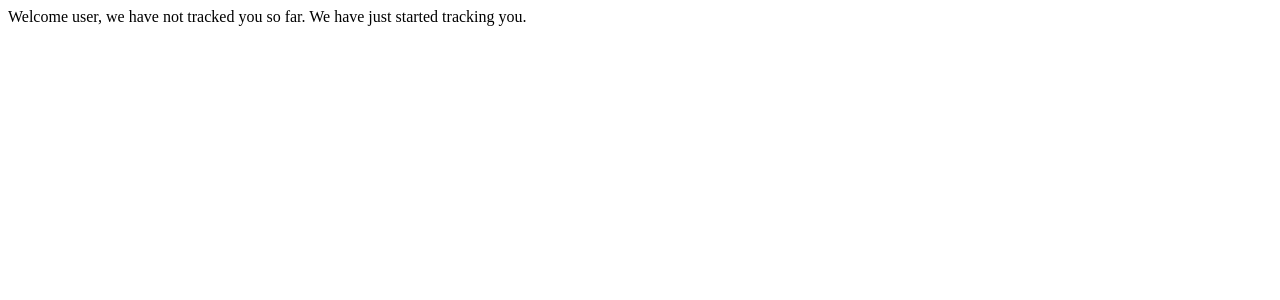
Repository: harshithkandula/Myfirstpractice
Page: http://localhost/SessionTrackingDemo/DASHBOARD
These files come from the project's save history. The page is drawn as it stood at one moment and after the next save; the edit follows.
The browser window is 1280 px wide. The pictures show the whole page.
The page is served by Tomcat 10. Other server files are loaded and not shown.

Above is the page before, as saved 2024-02-10 14:20:10.

### SessionTrackingDemo/src/main/java/com/trackers/httpsessionobjects/DASHBOARDServlet.java
package com.trackers.httpsessionobjects;

import jakarta.servlet.ServletException;
import jakarta.servlet.annotation.WebServlet;
import jakarta.servlet.http.HttpServlet;
import jakarta.servlet.http.HttpServletRequest;
import jakarta.servlet.http.HttpServletResponse;
import jakarta.servlet.http.HttpSession;

import java.io.IOException;
import java.io.PrintWriter;

/**
 * Servlet implementation class DASHBOARDServlet
 */
public class DASHBOARDServlet extends HttpServlet {
	private static final long serialVersionUID = 1L;

    /**
     * @see HttpServlet#HttpServlet()
     */
    public DASHBOARDServlet() {
        super();
        // TODO Auto-generated constructor stub
    }

	/**
	 * @see HttpServlet#doGet(HttpServletRequest request, HttpServletResponse response)
	 */
	protected void doGet(HttpServletRequest request, HttpServletResponse response) throws ServletException, IOException {
		// TODO Auto-generated method stub
		response.setContentType("text/html");
		PrintWriter out = response.getWriter();
		HttpSession session = request.getSession(false);

		if(session!= null) {
			out.println("Welcome User");
			out.println("<br> We are tracking you.");
		}
		else {
			out.println("Welcome user, we have not tracked you so far.");
			session = request.getSession(true);
			out.println("We have just started tracking you.");
		}
	}

}

After the next save:
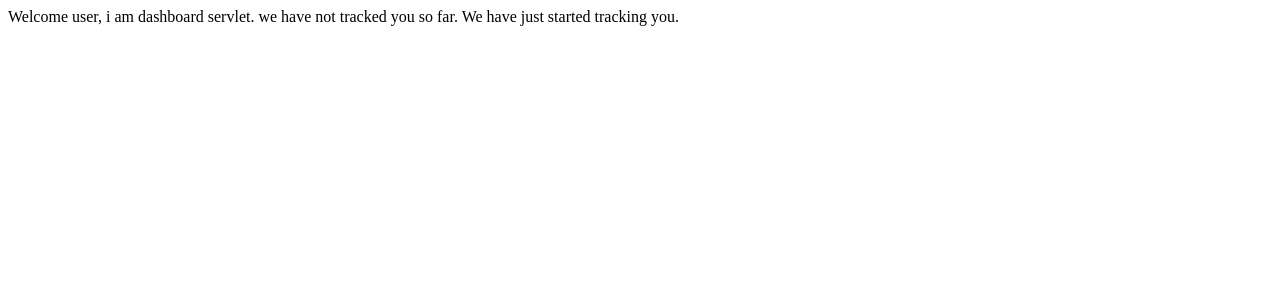
Saved 47 s later.
--- a/SessionTrackingDemo/src/main/java/com/trackers/httpsessionobjects/DASHBOARDServlet.java
+++ b/SessionTrackingDemo/src/main/java/com/trackers/httpsessionobjects/DASHBOARDServlet.java
@@ -38,7 +38,7 @@ public class DASHBOARDServlet extends HttpServlet {
 			out.println("<br> We are tracking you.");
 		}
 		else {
-			out.println("Welcome user, we have not tracked you so far.");
+			out.println("Welcome user, i am dashboard servlet. we have not tracked you so far.");
 			session = request.getSession(true);
 			out.println("We have just started tracking you.");
 		}
